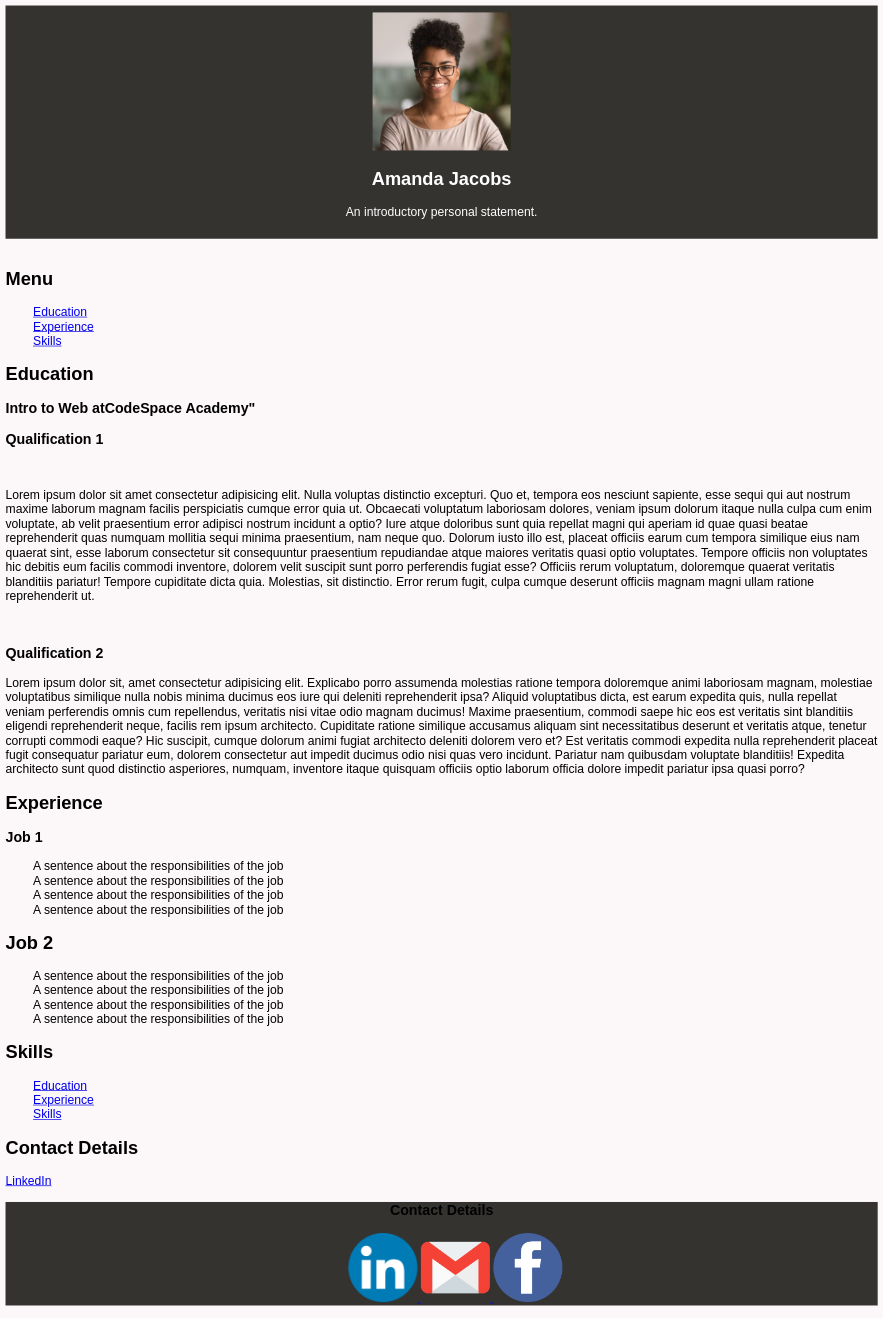
Repository: LeonardMhere/Resume-3
Page: resume `3/index.html
The author's editor kept a copy of each file at every save. The page is drawn from the files as they stood at one save, then again after the next save.
The browser window is 1280 px wide. The pictures show the whole page, at 69% of full size.

Above is the page before, as saved 2023-03-23 09:17:44.

### resume `3/index.html
<!DOCTYPE html>
<html lang="en">
    <meta charset="UTF-8">
    <meta http-equiv="X-UA-Compatible" content="IE=edge">
    <meta name="viewport" content="width=device-width, initial-scale=1.0">
    <link rel="stylesheet" href="css/stylesheet.css">

<head>
    <title>Amanda Jacobs</title>
</head>

<body>


  <header id="heading">
 <aside>
   <img id="profilePhoto" src="./images/profilePhoto.jpeg" width="200px"
   alt="Error Thumbnail">

  <h1>Amanda Jacobs</h1>
  <p>An introductory personal statement.</p>

    </header>

    <br/>
<main>
  <section>
   <article>
     <div id="nav-menu">
      <nav>
        <h2>Menu</h2>

    <ul>
      <li><a href="education">Education</a></li>
      <li><a href="experience">Experience</a></li>
      <li><a href="skills">Skills</a></li>
  </ul>
</nav>
</aside>



<div class="box-1">
  <h2 id="education">Education</h2>
  <h3>Intro to Web at<a href="http://codespace.co.za/"></a>CodeSpace Academy"</a></h3>



  <h3>Qualification 1</h3>
  <br/>
     <p>Lorem ipsum dolor sit amet consectetur adipisicing elit. Nulla voluptas distinctio excepturi.
       Quo et, tempora eos nesciunt sapiente, esse sequi qui aut nostrum maxime laborum magnam facilis perspiciatis cumque error quia ut. Obcaecati voluptatum laboriosam dolores, veniam ipsum dolorum itaque nulla culpa cum enim voluptate,
       ab velit praesentium error adipisci nostrum incidunt a optio? Iure atque doloribus sunt quia repellat magni qui aperiam id quae quasi beatae reprehenderit quas numquam mollitia sequi minima praesentium, nam neque quo. Dolorum iusto illo est, placeat officiis earum cum tempora similique eius nam quaerat sint, esse laborum consectetur sit consequuntur praesentium repudiandae atque maiores veritatis quasi optio voluptates. Tempore officiis non voluptates hic debitis eum facilis commodi inventore, dolorem velit suscipit sunt porro perferendis fugiat esse? Officiis rerum voluptatum, doloremque quaerat veritatis blanditiis pariatur! Tempore cupiditate dicta quia. Molestias, sit distinctio. Error rerum fugit, culpa cumque deserunt officiis magnam magni ullam ratione reprehenderit ut.
      </p>
    </div>
      <br/>

  <div class="box-2">
   <h3>Qualification 2</h3>

      <p>
        Lorem ipsum dolor sit, amet consectetur adipisicing elit. Explicabo porro assumenda molestias ratione tempora doloremque animi laboriosam magnam, molestiae voluptatibus similique nulla nobis minima ducimus eos iure qui deleniti reprehenderit ipsa? Aliquid voluptatibus dicta, est earum expedita quis, nulla repellat veniam perferendis omnis cum repellendus, veritatis nisi vitae odio magnam ducimus! Maxime praesentium, commodi saepe hic eos est veritatis sint blanditiis eligendi reprehenderit neque, facilis rem ipsum architecto. Cupiditate ratione similique accusamus aliquam sint necessitatibus deserunt et veritatis atque, tenetur corrupti commodi eaque? Hic suscipit, cumque dolorum animi fugiat architecto deleniti dolorem vero et? Est veritatis commodi expedita nulla reprehenderit placeat fugit consequatur pariatur eum, dolorem consectetur aut impedit ducimus odio nisi quas vero incidunt. Pariatur nam quibusdam voluptate blanditiis! Expedita architecto sunt quod distinctio asperiores, numquam, inventore itaque quisquam officiis optio laborum officia dolore impedit pariatur ipsa quasi porro?
      </p>
    </div>


    <h2 id="experience">Experience</h2>

    <h3>Job 1</h3>
    <p>
        <ul>
            <li>A sentence about the responsibilities of the job</li>
            <li>A sentence about the responsibilities of the job</li>
            <li>A sentence about the responsibilities of the job</li>
            <li>A sentence about the responsibilities of the job</li>
        </ul>
    </p>



    <h2>Job 2</h2>

     <p>
        <ul>
            <li>A sentence about the responsibilities of the job</li>
            <li>A sentence about the responsibilities of the job</li>
            <li>A sentence about the responsibilities of the job</li>
            <li>A sentence about the responsibilities of the job</li>
        </ul>
     </p>



      <h2 id="skills">Skills</h2>

<ul>
  <li><a href="#education">Education</a></li>
  <li><a href="#experience">Experience</a></li>
  <li><a href="#Skills">Skills</a></li>
</ul>
</p>

<h2>Contact Details</h2>
<p><a href="http://linkedin.com">LinkedIn</a>

    </section>
  </article>
</main>








<footer>
    <h3>Contact Details</h3>
    <ul>
       <a href="http://linkedin.com" target="_blank">
           <img class="icons" src="images/linkedinIcon.png"
           alt="Amanda Jacobs Linkedin"
           width="100px">

       </a>

       <a href="//http://gmail.com" target="_blank">
        <img class="icons" src="images/gmailIcon.png"
        alt="Amanda Jacobs Gmail"
        width="100px">
       </a>

       <a href="//http://facebook.com" target="_blank">
        <img class="icons" src="images/facebookIcon.png"
        alt="Amanda Jacobs facebook Account"
        width="100px">
       </a>
</ul>
</footer>











</body>
</html>

### resume `3/css/stylesheet.css
body{
  font-family: sans-serif;
  font-size:110%;
  background-color: #FCF7F8;
}

header {
  text-align: center;
  background-color: #343330;
  color: white;
  padding: 10px 0 10px ;
}



.nav-menu{
    background-color:#343330;
    width: fit-content;
    overflow: auto;
    background-color:
}

ul {
  list-style: none;
}





footer {
  background-color: #343330;
  text-align: center;
}

After the next save:
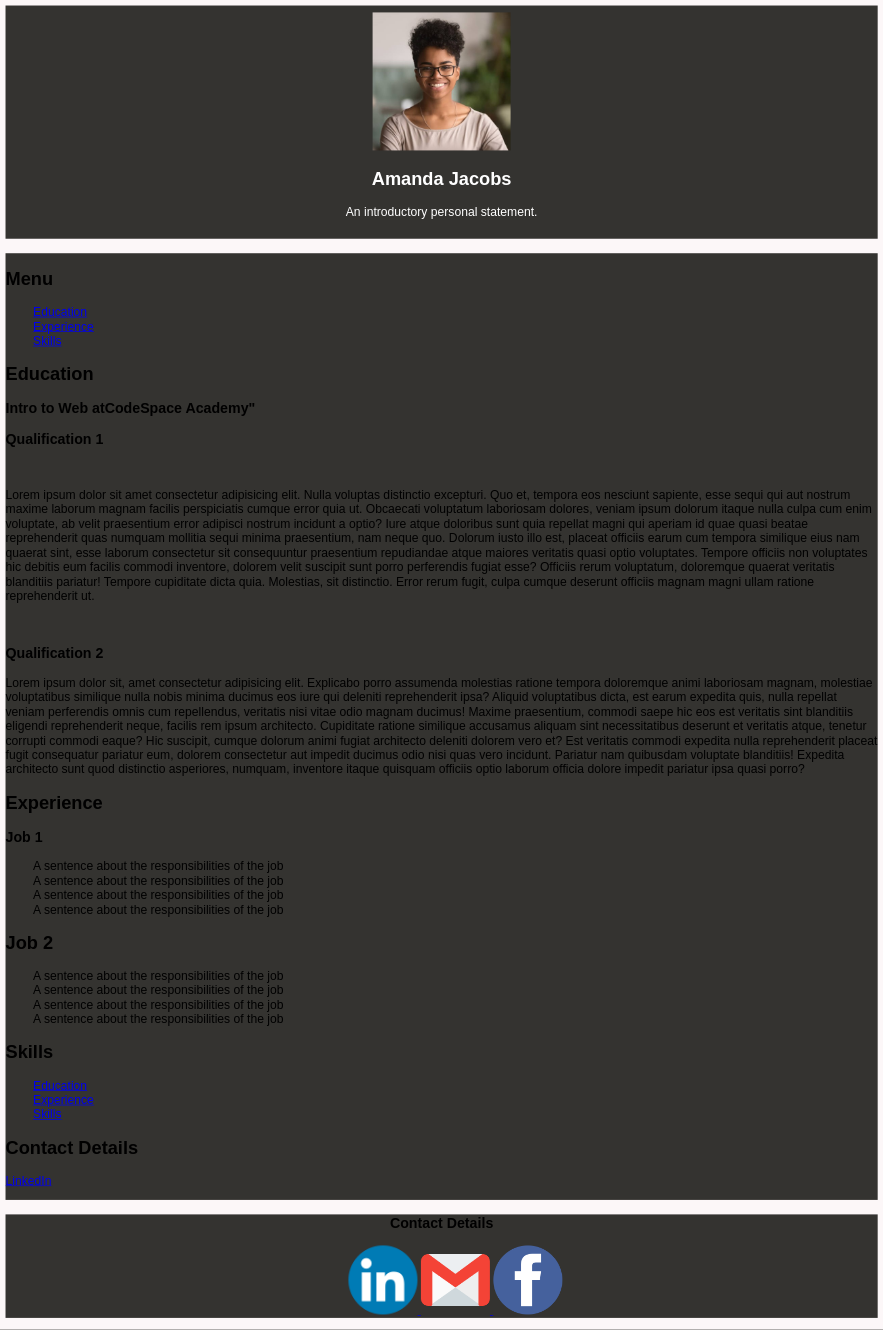
Saved 47 s later.
--- a/resume `3/index.html
+++ b/resume `3/index.html
@@ -26,7 +26,7 @@
 <main>
   <section>
    <article>
-     <div id="nav-menu">
+     <div class="nav-menu">
       <nav>
         <h2>Menu</h2>
 
